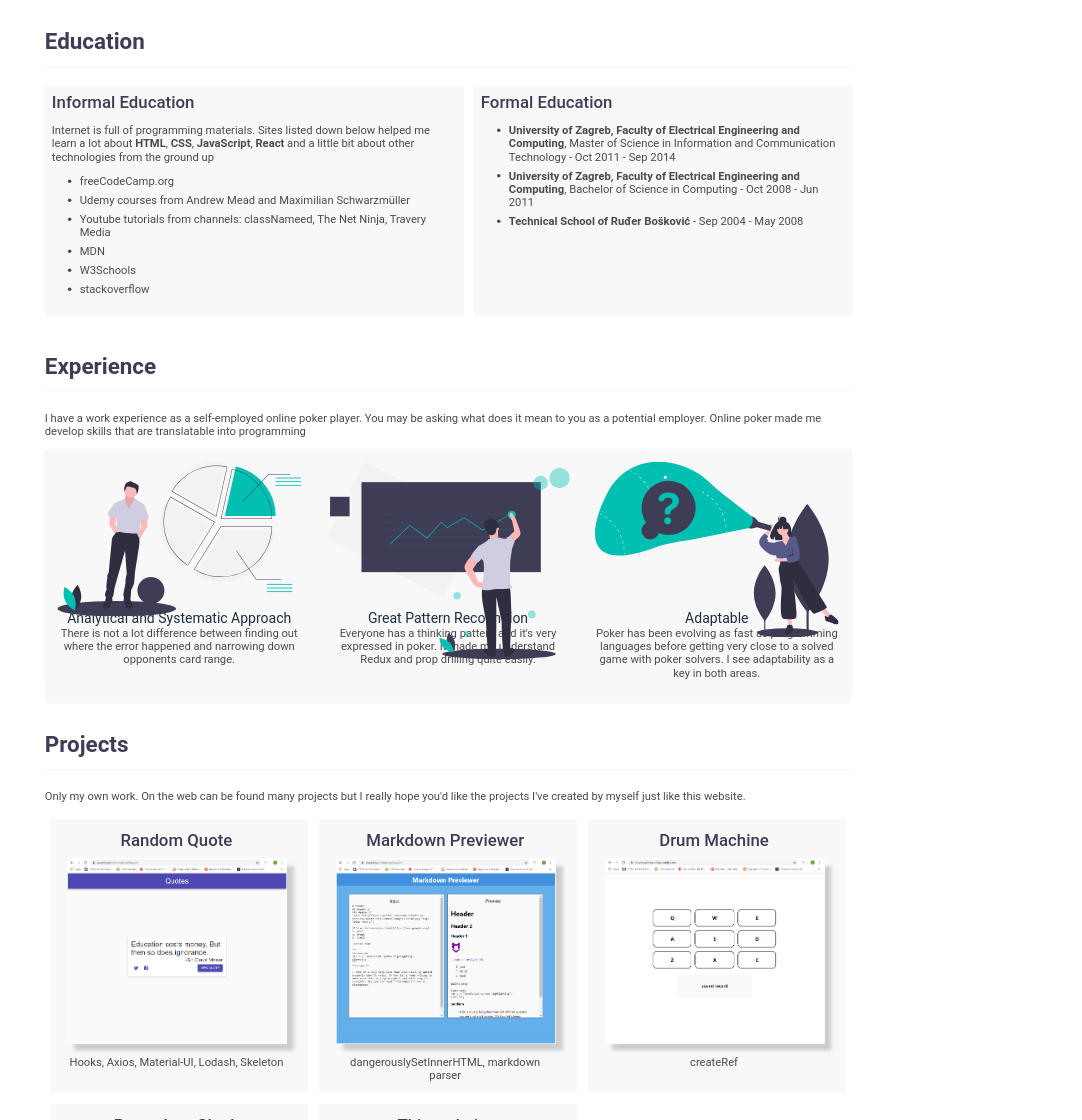
Repository: milac0/my-website
Page: /
An editor plug-in stored every save of this project. The page is shown before and after the next save, followed by the edit.
The browser window is 1280 px wide. The page is 1280 px wide, then 1546 px, so the pictures cover 1546 px, including what lies to the right of the window. The pictures show the part of the page from y = 581 to 2181 px (the page is 3017 px tall), at 70% of full size.
The project was rebuilt for these pictures with package versions that can differ from the ones it lists, and the page was loaded fresh each time. Also part of the build but not shown: src/components/formContact.module.css, src/components/FormContact.js, src/pages/contact.module.css, src/pages/Contact.js. Imported but missing from the stored project, and not drawn on this page: src/resume.pdf.

Above is the page before, as saved 2019-10-29 19:33:02.

After the next save:
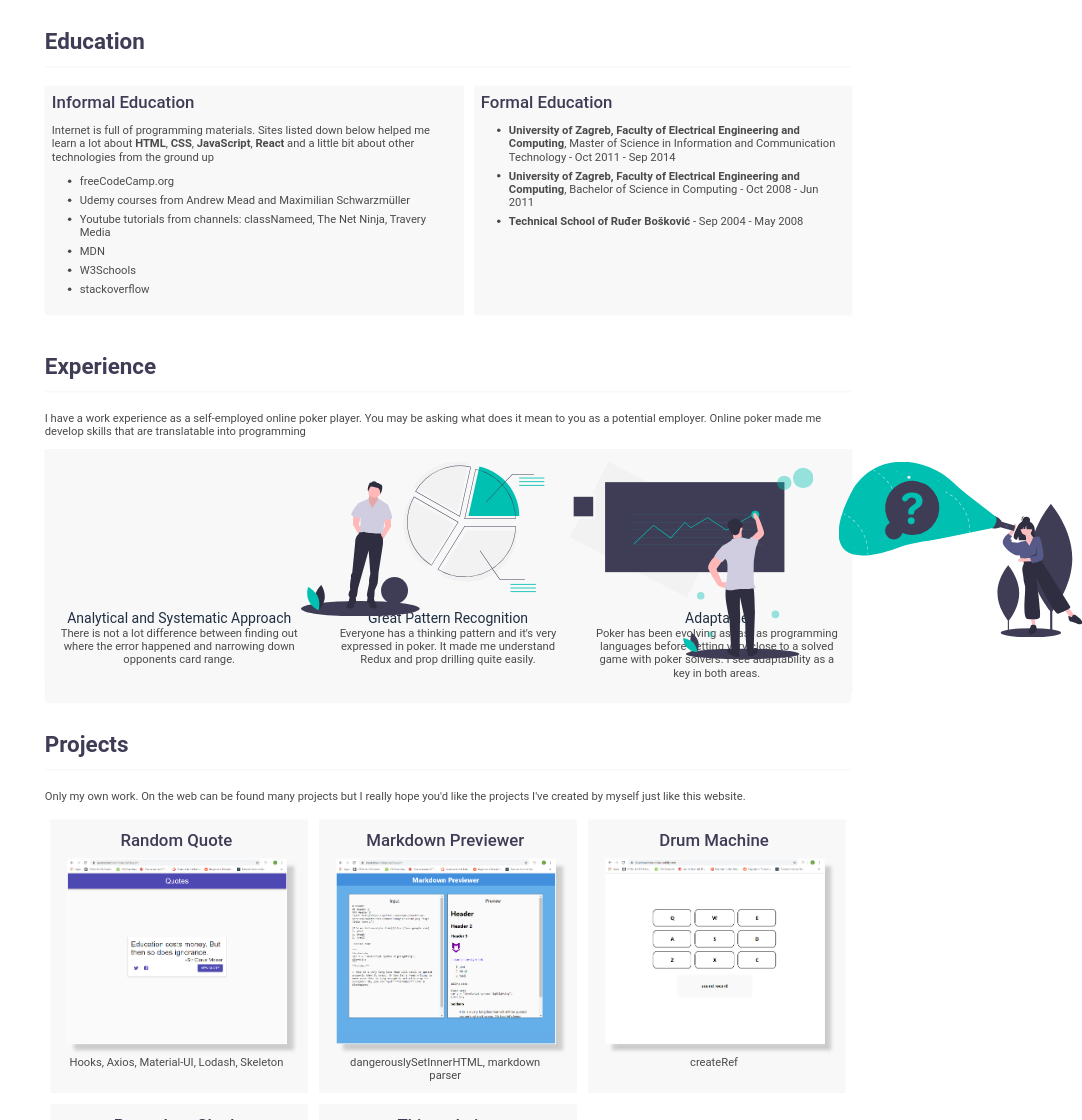
Saved 3 min 19 s later.
--- a/src/index.css
+++ b/src/index.css
@@ -191,6 +191,7 @@ section {
     width: 100%;
     padding-bottom: 56.25%; /* 9/16 = aspect ratio of image */
     position: relative;
+    left:50%;
     margin: 0 auto 1em auto;
 }
 
@@ -199,8 +200,9 @@ section {
   max-width: 70%;
   height: auto;
   position: absolute;
+  /* left: 50%;
+  transform: translateX(-50%); */
   left: 50%;
-  transform: translateX(-50%);
 }
 
 article {
